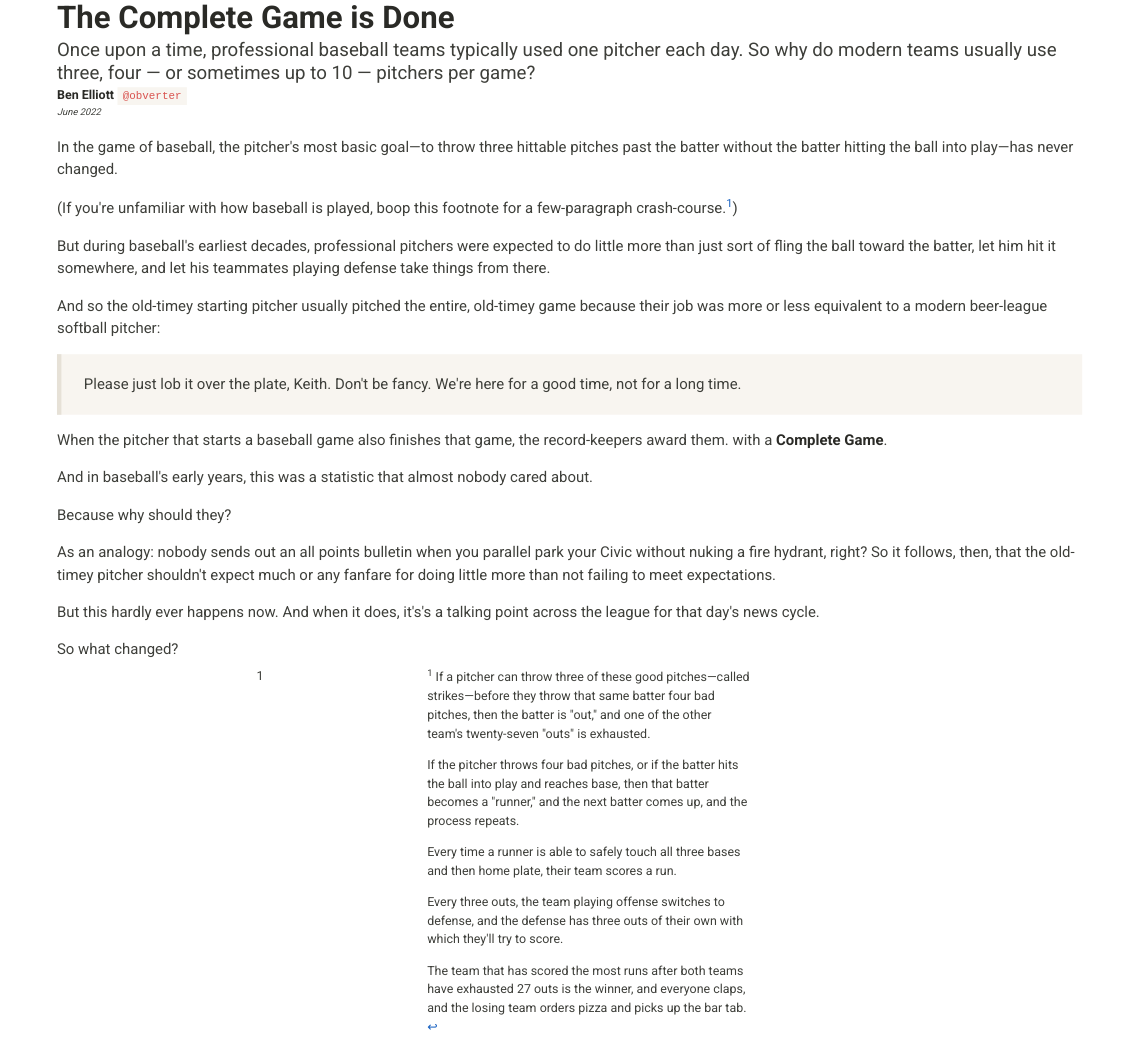
Repository: obverter/complete-games-are-done
Page: index.html
An editor plug-in stored every save of this project. The page is shown before and after the next save, followed by the edit.
The browser window is 1280 px wide. The pictures show the whole page, at 89% of full size.

Above is the page before, as saved 2022-06-25 08:07:09.

### index.html
<!DOCTYPE html>
<html>
    <head>
        <meta charset="utf-8" />
        <meta name="viewport" content="width=device-width, initial-scale=1" />
        <title>Complete Games Are Done</title>
        <!-- todo: Title above is the text in the browser tab. -->
        <link rel="stylesheet" href="docs/bulmaswap.min.css" />
    </head>

    <body>
        <div class="container is-multiline">
            <h1 class="title is-2">The Complete Game is Done</h1>
            <!-- todo: Title above is the Content title. -->
            <p class="subtitle is-4">
                Once upon a time, professional baseball teams typically used one
                pitcher each day. So why do modern teams usually use three, four
                — or sometimes up to 10 — pitchers per game?
                <!-- todo: Subtitle above is the Content subtitle. -->
            </p>

            <h6 class="title is-6">Ben Elliott <code>@obverter</code></h6>
            <h6 class="subtitle is-7"><em>June 2022</em></h6>
            <div class="content">
                <p>
                    In the game of baseball, the pitcher's most basic goal—to
                    throw three hittable pitches past the batter without the
                    batter hitting the ball into play—has never changed.
                </p>
                <p>
                    (If you're unfamiliar with how baseball is played, boop this
                    footnote for a few-paragraph crash-course.<sup
                        ><a href="#fn1" id="ref1">1</a></sup
                    >)
                </p>
                <p>
                    But during baseball's earliest decades, professional
                    pitchers were expected to do little more than just sort of
                    fling the ball toward the batter, let him hit it somewhere,
                    and let his teammates playing defense take things from
                    there.
                </p>
                <p>
                    And so the old-timey starting pitcher usually pitched the
                    entire, old-timey game because their job was more or less
                    equivalent to a modern beer-league softball pitcher:
                </p>
                <blockquote>
                    Please just lob it over the plate, Keith. Don't be fancy.
                    We're here for a good time, not for a long time.
                </blockquote>
                <p>
                    When the pitcher that starts a baseball game also finishes
                    that game, the record-keepers award them. with a
                    <strong>Complete Game</strong>.
                </p>
                <p>
                    And in baseball's early years, this was a statistic that
                    almost nobody cared about.
                </p>
                <p>Because why should they?</p>
                <p>
                    As an analogy: nobody sends out an all points bulletin when
                    you parallel park your Civic without nuking a fire hydrant,
                    right? So it follows, then, that the old-timey pitcher
                    shouldn't expect much or any fanfare for doing little more
                    than not failing to meet expectations.
                </p>
                <p>
                    But this hardly ever happens now. And when it does, it's's a
                    talking point across the league for that day's news cycle.
                </p>
                <p>So what changed?</p>
                <!-- todo: FOOTNOTES -->
                <div class="columns">
<div class="column is-one-fifth"
                    <hr />
                </div>

                <div class="columns is-size-6 is-justify-content-right">
                    <div class="column is-one-fifth">1</div>
                    <!-- todo: ↘ FOOTNOTES GO HERE ↙ -->
                    <div class="column is-two-fifths">
                        <p>
                            <sup>1</sup> If a pitcher can throw three of these
                            good pitches—called strikes—before they throw that
                            same batter four bad pitches, then the batter is
                            "out," and one of the other team's twenty-seven
                            "outs" is exhausted.
                        </p>
                        <p>
                            If the pitcher throws four bad pitches, or if the
                            batter hits the ball into play and reaches base,
                            then that batter becomes a "runner," and the next
                            batter comes up, and the process repeats.
                        </p>
                        <p>
                            Every time a runner is able to safely touch all
                            three bases and then home plate, their team scores a
                            run.
                        </p>
                        <p>
                            Every three outs, the team playing offense switches
                            to defense, and the defense has three outs of their
                            own with which they'll try to score.
                        </p>
                        <p>
                            The team that has scored the most runs after both
                            teams have exhausted 27 outs is the winner, and
                            everyone claps, and the losing team orders pizza and
                            picks up the bar tab.
                            <a
                                href="#ref1"
                                title="Jump back to footnote 1 in the text."
                                >↩</a
                            >
                        </p>
                    </div>
                </div>

                <!-- <div class="column">3</div>
                <div class="column">4</div>
            <div class="column">5</div> -->
            </div>
        </div>
    </body>
</html>

Loaded but not shown: docs/bulmaswap.min.css (library)

After the next save:
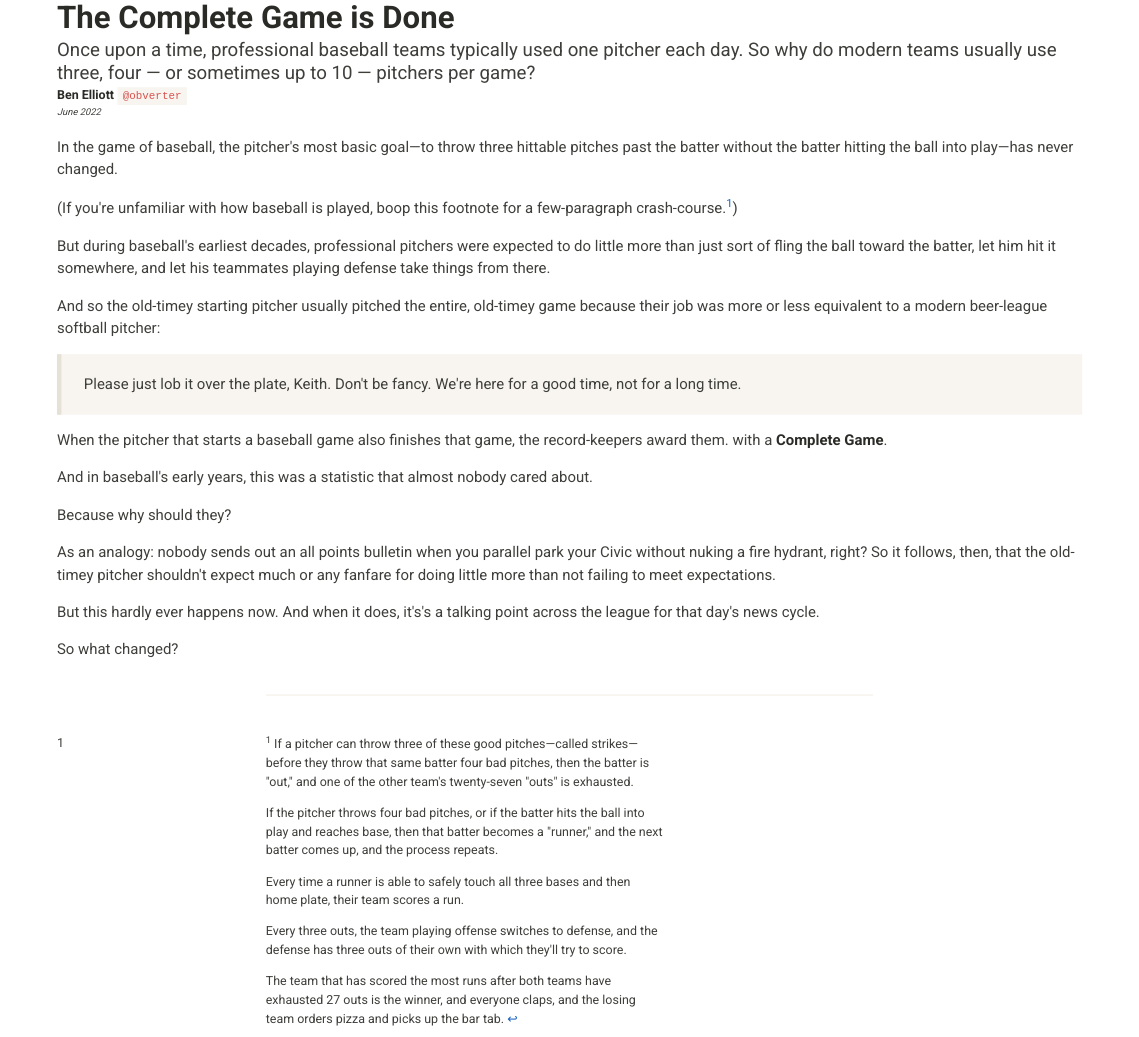
Saved 60 s later.
--- a/index.html
+++ b/index.html
@@ -73,8 +73,11 @@
                 <p>So what changed?</p>
                 <!-- todo: FOOTNOTES -->
                 <div class="columns">
-<div class="column is-one-fifth"
-                    <hr />
+                    <div class="column is-one-fifth"></div>
+                        <div class="column is-three-fifths">
+
+                            <hr />
+                    </div>
                 </div>
 
                 <div class="columns is-size-6 is-justify-content-right">
